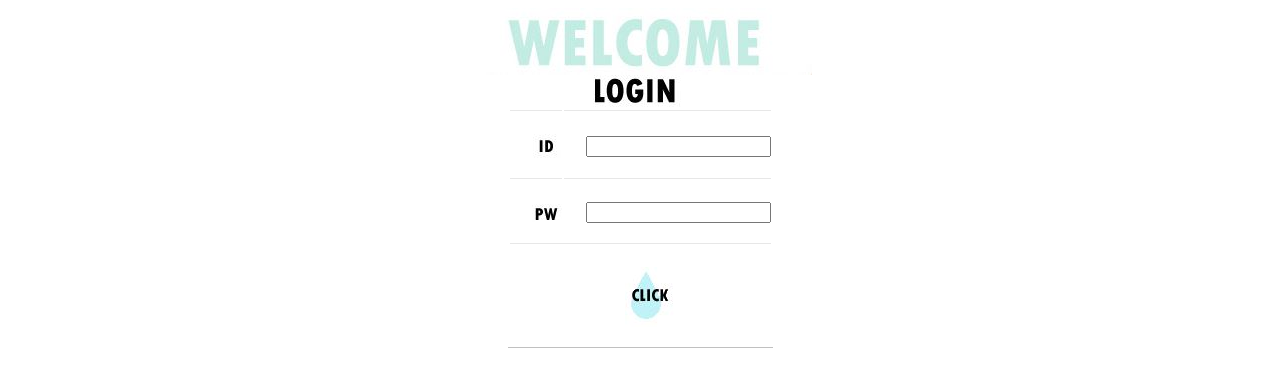
Repository: kminjoo/Making-website-using-JSP
Page: http://localhost/website_project/SessionMemberLogin.jsp
The author's editor kept a copy of each file at every save. The page is drawn from the files as they stood at one save, then again after the next save.
The browser window is 1280 px wide. The pictures show the whole page.
The page is served by Tomcat 9. Other server files are loaded and not shown.

Above is the page before, as saved 2015-07-21 14:06:37.

### website_project/WebContent/SessionMemberLogin.jsp
<%@ page language="java" contentType="text/html; charset=EUC-KR"
    pageEncoding="EUC-KR"%>
<%
	String memberId = (String)session.getAttribute("memID");
	if(memberId != null){
%>
<script>
	alert("You are already logged in.");
	location.href = "SessionLoginConfirm.jsp";
</script>
<%} %>
<!DOCTYPE html PUBLIC "-//W3C//DTD HTML 4.01 Transitional//EN" "http://www.w3.org/TR/html4/loose.dtd">
<html>
<head>
<meta http-equiv="Content-Type" content="text/html; charset=EUC-KR">
<title>Welcome to Minjoo's Website!</title>
<link href="style.css" rel="stylesheet" type="text/css">
<script language="JavaScript" src="script.js"> </script>
</head>
<body>
<div align = "center">
	<img src="<%= request.getContextPath() %>/images/welcome.JPG"/>
</div>
<div align = "center">
	<img src = "<%= request.getContextPath() %>/images/login.JPG"/>
</div>
<form name="loginform" method="post" action="SessionMemberLoginOK.jsp">
<table align="center">

<tr>
	<td><div align="center"><img src = "<%= request.getContextPath() %>/images/id.JPG"/></div></td>
	<td><div align="center"><input type="text" name="memberid"></div></td>
</tr>
<tr>
	<td><div align="center"><img src = "<%= request.getContextPath() %>/images/pw.JPG"/></div></td>
	<td><div align="center"><input type="password" name="memberpw"></div></td>
</tr>
<tr>
	<td colspan="2"><div align="center">
		<input type="image" src="<%= request.getContextPath() %>/images/click.JPG" onClick = "submit()">
		</div></td>
</tr>

</table>
</form>
</body>
</html>

### website_project/WebContent/style.css
@CHARSET "EUC-KR";

hr {
    display: block;
    margin-top: 0.5em;
    margin-bottom: 0.5em;
    margin-left: auto;
    margin-right: auto;
    border-style: inset;
    border-width: 1px;
}

/*table {
    display: table;
    border-collapse: collpase;
    border-spacing: 0px;
    border-color: #EFEFEF;
}*/

table{table-layout:fixed;border-top:0px solid #c0c0c0;border-bottom:1px solid #c0c0c0;}

td{padding:23px 0 18px 22px;border-top:1px solid #e7e7e7;color:#8f8f8f;line-height:140%;font-size:11px;}

### website_project/WebContent/script.js
/**
 *
 */


function loginCheck(){
	if(document.login.mem_id.value==""){
		alert("Enter your ID.");
		document.login.mem_id.focus();
		return;
	}
	if(document.login.mem_passwd.value==""){
		alert("Enter your password.");
		document.login.mem_passwd.focus();
		return;
	}
	document.login.submit();

}

function memberReg(){
	location.href ="Register.jsp";
}
function idCheck(id){
	if(id == ""){
	alert("Enter your ID.");
	document.regForm.mem_id.focus();
	}else{
		url="IdCheck.jsp?mem_id=" + id;
		window.open(url,"post","width=300,height=150");
	}
}

function inputCheck(){
	if(document.regForm.mem_id.value==""){
		alert("Enter your ID.");
		document.regForm.mem_id.focus();
		return;
	}
	if(document.regForm.mem_password.value==""){
		alert("Enter your Password.");
		document.regForm.mem_password.focus();
		return;
	}
	if(document.regForm.mem_repasswd.value==""){
		alert("Enter your Password.");
		document.regForm.mem_repasswd.focus();
		return;
	}

	if(document.regForm.mem_password.value != document.regForm.mem_repasswd.value){
		alert("Passwords do not match.");
		document.regForm.mem_passwd.focus();
		return;
	}

	if(document.regForm.mem_firstname.value==""){
		alert("Enter your first name.");
		document.regForm.mem_firstname.focus();
		return;
	}
	if(document.regForm.mem_lastname.value==""){
		alert("Enter your last name.");
		document.regForm.mem_lastname.focus();
		return;
	}
	if(document.regForm.mem_email.value==""){
		alert("Enter your email address.");
		document.regForm.mem_email.focus();
		return;
	}
	if(document.regForm.mem_phone1.value==""){
		alert("Enter your phone number.");
		document.regForm.mem_phone1.focus();
		return;
	}
	if(document.regForm.mem_phone2.value==""){
		alert("Enter your phone number.");
		document.regForm.mem_phone2.focus();
		return;
	}
	if(document.regForm.mem_phone3.value==""){
		alert("Enter your phone number.");
		document.regForm.mem_phone3.focus();
		return;
	}

	var str = document.regForm.mem_email.value;
	var atPos = str.indexOf('@');
	var atLastPos = str.lastIndexOf('@');
	var dotPos = str.indexOf('.');
	var spacePos = str.indexOf(' ');
	var commaPos = str.indexOf(',');
	var emailSize = str.length;

	if(atPos>1 && atPos == atLastPos && dotPos > 3 && spacePos == -1 &&
			commaPos == -1 && atPos + 1 < dotPos && dotPos + 1 < emailSize );
	else{
		alert("This e-mail address is incorrectly formatted. \n\r Please try again.");
		document.regForm.mem_email.focus();
		return;
	}

	document.regForm.submit();
}

function inputCheck2(){
	if(document.regForm.mem_id.value==""){
		alert("Enter your ID.");
		document.regForm.mem_id.focus();
		return;
	}
	if(document.regForm.mem_password.value==""){
		alert("Enter your Password.");
		document.regForm.mem_password.focus();
		return;
	}

	if(document.regForm.mem_firstname.value==""){
		alert("Enter your first name.");
		document.regForm.mem_firstname.focus();
		return;
	}
	if(document.regForm.mem_lastname.value==""){
		alert("Enter your last name.");
		document.regForm.mem_lastname.focus();
		return;
	}
	if(document.regForm.mem_email.value==""){
		alert("Enter your email address.");
		document.regForm.mem_email.focus();
		return;
	}
	if(document.regForm.mem_phone1.value==""){
		alert("Enter your phone number.");
		document.regForm.mem_phone1.focus();
		return;
	}
	if(document.regForm.mem_phone2.value==""){
		alert("Enter your phone number.");
		document.regForm.mem_phone2.focus();
		return;
	}
	if(document.regForm.mem_phone3.value==""){
		alert("Enter your phone number.");
		document.regForm.mem_phone3.focus();
		return;
	}

	var str = document.regForm.mem_email.value;
	var atPos = str.indexOf('@');
	var atLastPos = str.lastIndexOf('@');
	var dotPos = str.indexOf('.');
	var spacePos = str.indexOf(' ');
	var commaPos = str.indexOf(',');
	var emailSize = str.length;

	if(atPos>1 && atPos == atLastPos && dotPos > 3 && spacePos == -1 &&
			commaPos == -1 && atPos + 1 < dotPos && dotPos + 1 < emailSize );
	else{
		alert("This e-mail address is incorrectly formatted. \n\r Please try again.");
		document.regForm.mem_email.focus();
		return;
	}

	document.regForm.submit();
}

function win_close()
{
	self.close();
}

function searchInputCheck(sform){
	if(sform.search.value==""){
	alert("Enter what you want to search");
	sform.search.focus();
	return false;
}
	sform.submit();
}

After the next save:
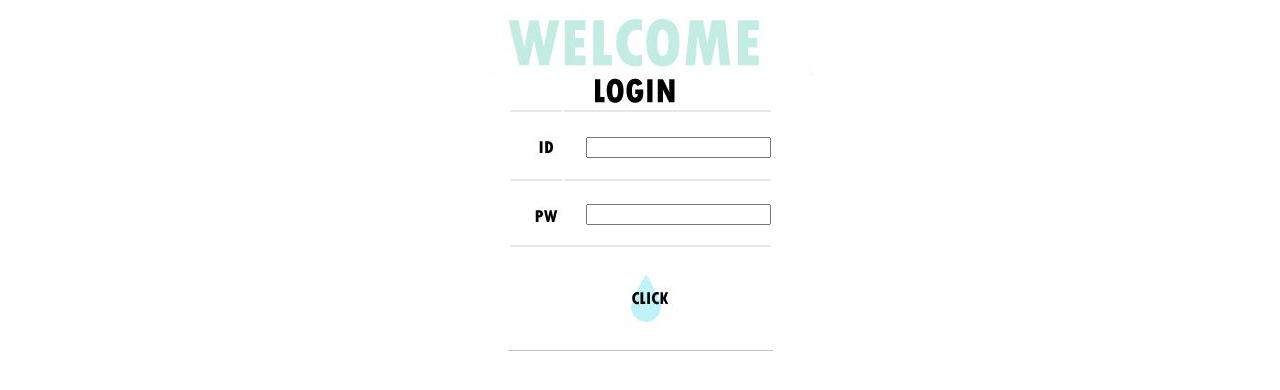
Saved 15 s later.
--- a/website_project/WebContent/style.css
+++ b/website_project/WebContent/style.css
@@ -19,4 +19,4 @@ hr {
 
 table{table-layout:fixed;border-top:0px solid #c0c0c0;border-bottom:1px solid #c0c0c0;}
 
-td{padding:23px 0 18px 22px;border-top:1px solid #e7e7e7;color:#8f8f8f;line-height:140%;font-size:11px;}
+td{padding:23px 0 18px 22px;border-top:2px solid #e7e7e7;color:#8f8f8f;line-height:140%;font-size:11px;}
